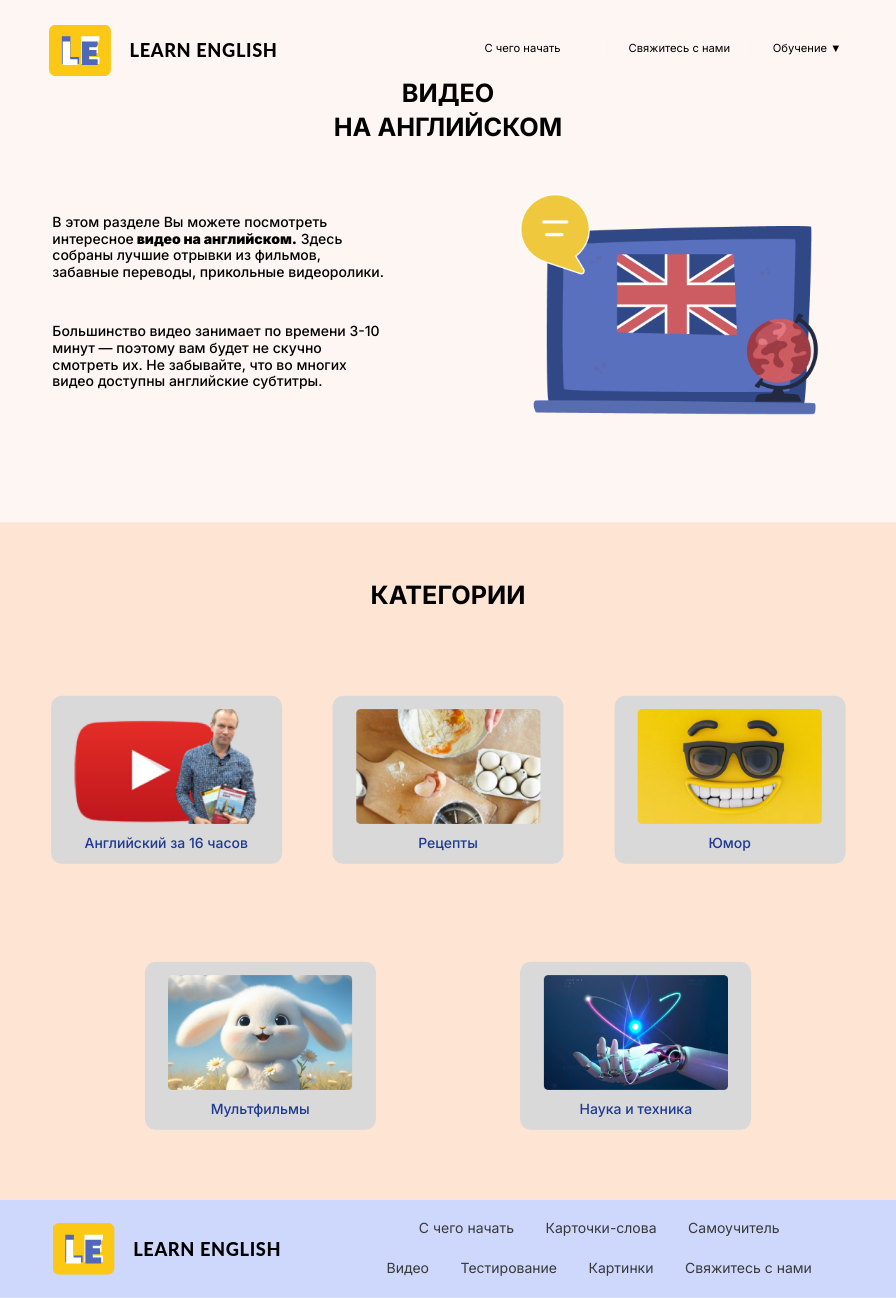
Repository: WladimirVA/Diplom
Page: scool/video.html
An editor plug-in stored every save of this project. The page is shown before and after the next save, followed by the edit.
The browser window is 1280 px wide. The pictures show the whole page, at 70% of full size.

Above is the page before, as saved 2023-07-20 15:38:28.

After the next save:
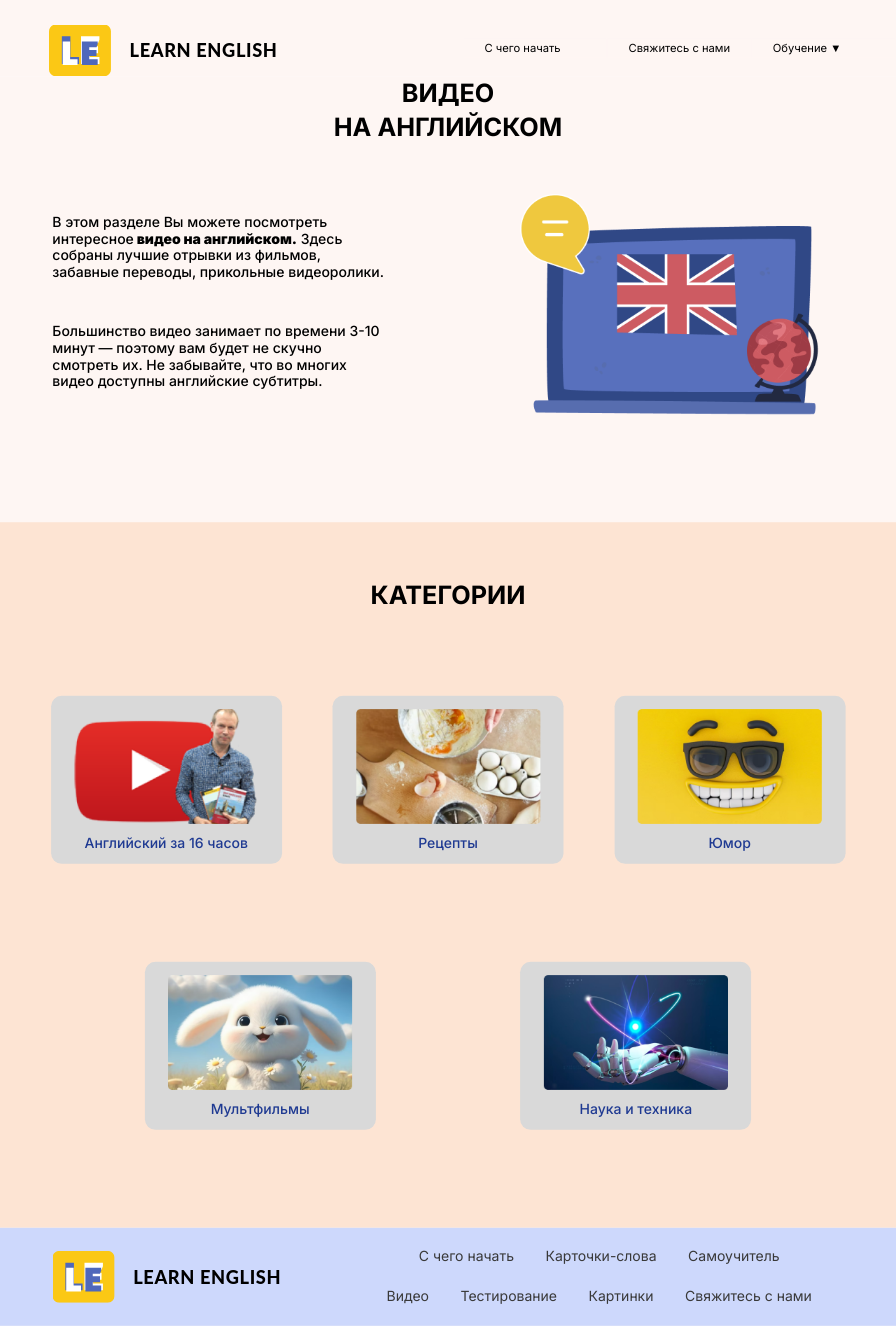
Saved 23 s later.
--- a/scool/css/video.css
+++ b/scool/css/video.css
@@ -73,7 +73,7 @@ h1 {
 }
 
 .categories2 {
-    padding: 140px 0 100px 0;
+    padding: 140px 0 140px 0;
 }
 
 .categories1 {
